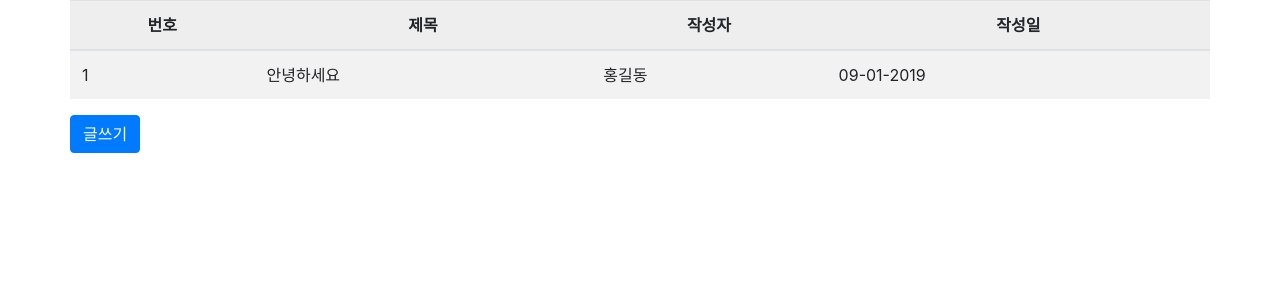
Repository: Munro-L/I-spy-oT__cuHacking-2019
Page: http://localhost/BBS/bbs.jsp
These files come from the project's save history. The page is drawn as it stood at one moment and after the next save; the edit follows.
The browser window is 1280 px wide. The pictures show the whole page.
The page is served by Tomcat 9. Other server files are loaded and not shown.

Above is the page before, as saved 2019-02-02 03:53:12.

### BBS-master/projects/BBS/WebContent/bbs.jsp
<%@ page language="java" contentType="text/html; charset=UTF-8"
    pageEncoding="UTF-8"%>
<%@ page import = "java.io.PrintWriter" %>
<!DOCTYPE html>
<html>
	<head>
		<meta http-equiv="Content-Type" content="text/html; charset=UTF-8">
		<meta name="viewport" content="width=device-width" initial-scale="1">
		<link rel="stylesheet" href="css/bootstrap.css">
	</head>
	<body>


		<div class="container">
			<div class="row">
				<table class="table table-striped">
					<thead>
						<tr>
							<th style="background-color: #eeeeee; text-align: center;">번호</th>
							<th style="background-color: #eeeeee; text-align: center;">제목</th>
							<th style="background-color: #eeeeee; text-align: center;">작성자</th>
							<th style="background-color: #eeeeee; text-align: center;">작성일</th>
						</tr>
					</thead>
					<tbody>
						<tr>
							<td>1</td>
							<td>안녕하세요</td>
							<td>홍길동</td>
							<td>09-01-2019</td>
						</tr>
					</tbody>
				</table>
				<a href="write.jsp" class="btn btn-primary pull-right">글쓰기</a>
			</div>
		</div>
	</body>
</html>

Loaded but not shown: BBS-master/projects/BBS/WebContent/css/bootstrap.css (library)

After the next save:
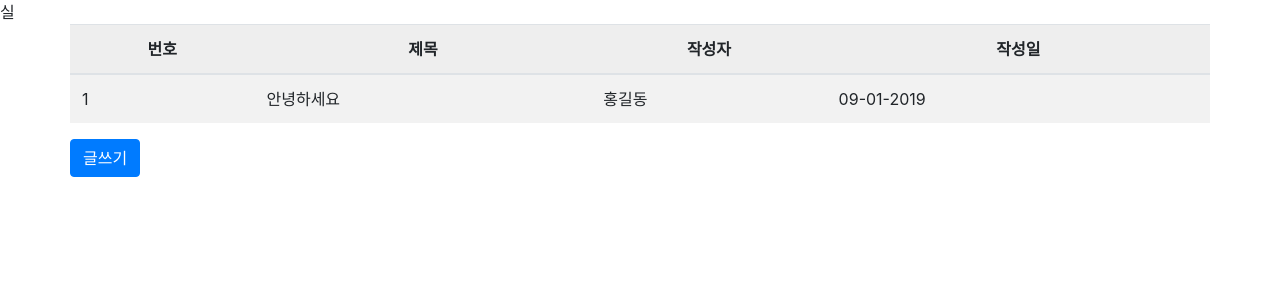
Saved 22 s later.
--- a/BBS-master/projects/BBS/WebContent/bbs.jsp
+++ b/BBS-master/projects/BBS/WebContent/bbs.jsp
@@ -6,7 +6,8 @@
 	<head>
 		<meta http-equiv="Content-Type" content="text/html; charset=UTF-8">
 		<meta name="viewport" content="width=device-width" initial-scale="1">
-		<link rel="stylesheet" href="css/bootstrap.css">
+		<link rel="stylesheet" href="css/bootstrap.css">실
+		<title>온라인 교</title>
 	</head>
 	<body>
 

After the save that followed:
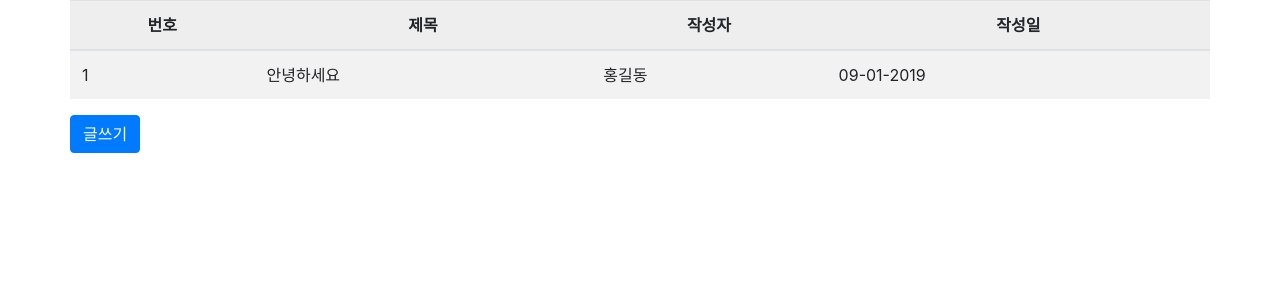
Saved 16 s later.
--- a/BBS-master/projects/BBS/WebContent/bbs.jsp
+++ b/BBS-master/projects/BBS/WebContent/bbs.jsp
@@ -6,8 +6,8 @@
 	<head>
 		<meta http-equiv="Content-Type" content="text/html; charset=UTF-8">
 		<meta name="viewport" content="width=device-width" initial-scale="1">
-		<link rel="stylesheet" href="css/bootstrap.css">실
-		<title>온라인 교</title>
+		<link rel="stylesheet" href="css/bootstrap.css">
+		<title>온라인 교실</title>
 	</head>
 	<body>
 
